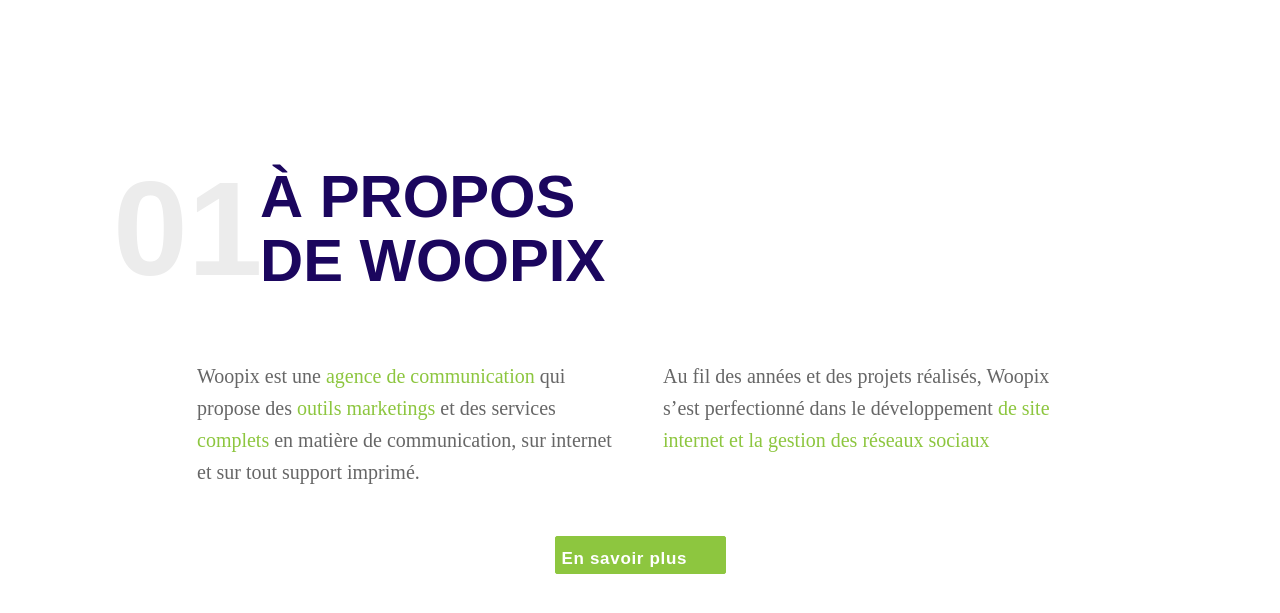
Repository: keloriane/woopix
Page: /about
An editor plug-in stored every save of this project. The page is shown before and after the next save, followed by the edit.
The browser window is 1280 px wide. The pictures show the whole page.
The project was rebuilt for these pictures with package versions that can differ from the ones it lists, and the page was loaded fresh each time. Also part of the build but not shown: src/pages/Services/components/ServiceItem.js, src/pages/Services/index.js, src/pages/Home.js, src/pages/Portfolio/index.js.

Above is the page before, as saved 2020-09-24 14:41:02.

### src/index.css
body {
  margin: 0;
  font-family: -apple-system, BlinkMacSystemFont, 'Segoe UI', 'Roboto', 'Oxygen',
    'Ubuntu', 'Cantarell', 'Fira Sans', 'Droid Sans', 'Helvetica Neue',
    sans-serif;
  -webkit-font-smoothing: antialiased;
  -moz-osx-font-smoothing: grayscale;
}

code {
  font-family: source-code-pro, Menlo, Monaco, Consolas, 'Courier New',
    monospace;
}

@font-face {
  font-family: 'Futura PT';
  font-style: normal;
  font-weight: 100;
  src: local('Futura PT Light'),
  local('Futura-PT-Light'),
  url(/public/fonts/FuturaPTLight.otf) format('otf');
}

@font-face {
  font-family: 'Futura PT';
  font-style: normal;
  font-weight: 400;
  src: local('Futura PT Book'),
  local('Futura-PT-Book'),
  url(/assets/fonts/FuturaPTBook.otf) format('otf');
}

@font-face {
  font-family: 'Futura PT';
  font-style: normal;
  font-weight: 500;
  src: local('Futura PT Medium'),
  local('Futura-PT-Medium'),
  url(/assets/fonts/FuturaPTMedium.otf) format('otf');
}

@font-face {
  font-family: 'Futura PT';
  font-style: normal;
  font-weight: 600;
  src: local('Futura PT Demi'),
  local('Futura-PT-Demi'),
  url(/assets/fonts/FuturaPTDemiOblique.otf) format('otf');
}

@font-face {
  font-family: 'Futura PT';
  font-style: normal;
  font-weight: 700;
  src: local('Futura PT Bold'),
  local('Futura-PT-Bold'),
  url(/assets/fonts/FuturaPTBold.otf) format('otf');
}


@font-face {
  font-family: 'Futura PT';
  font-style: normal;
  font-weight: 900;
  src: local('Futura PT Heavy'),
  local('Futura-PT-Heavy'),
  url(/assets/fonts/FuturaPTHeavy.otf) format('otf');
}

### src/App.js
import React from 'react';
import './App.css';
import { BrowserRouter as HashRouter, Switch, Route } from "react-router-dom";
import {createGlobalStyle,ThemeProvider} from "styled-components";
import Services from './pages/Services'
import { Home } from './pages/Home';
import { About } from './pages/About';
import { Service } from "./pages/Portfolio/";



const theme = {
  green: '#8DC63F',
  blue: '#1B065E'
};


function App() {
  return (
    <HashRouter>
      <Switch>
        <div className="App">
          <ThemeProvider theme={theme}>
          <Route exact path="/" component={Home} />
          <Route exact path="/about" component={About} />
          <Route exact path="/service" component={Service} />
          <Route exact path="/services" component={Services} />
          </ThemeProvider>
        </div>
      </Switch>
    </HashRouter>
  );
}

export default App;

### src/pages/About/index.js
import React from "react";
import styled from "styled-components";
import { Link } from "react-router-dom";
import Container from "./../../global/Container";

export const About = () => {
  const AboutWrapper = styled.div`
    #about {
      height: 100vh;
      width: 100vw;
      display: flex;
      align-items: center;
      font-family: "Futura PT", sans-serif;
    }
    .about-wrapper {
      display: flex;
    }
    .main-title {
      display: flex;
      font-style: normal;
      align-items: center;
      position: relative;
      width: 100%;
      .title {
        position: absolute;

        h2 {
          font-weight: bold;

          text-transform: uppercase;
          color: #1b065e;
          display: flex;
          align-items: center;
        }
      }
      .number-title {
        position: absolute;

        h2 {
          font-style: normal;

          text-transform: uppercase;
          color: #ececec;
        }
      }
    }
    @media screen and (max-width: 596px) {
      #about {
        .about-wrapper {
          display: flex;
          align-items: flex-start;
          flex-direction: column;
          justify-content: space-around;
          height: 445px;
          margin: auto;

          .main-title {
            display: flex;
            font-style: normal;
            align-items: center;
            position: relative;
            width: 100%;
            max-width: 311px;
            height: 72px;
            .title {
              position: absolute;
              left: 81px;
              h2 {
                font-weight: bold;
                font-size: 34px;
                line-height: 107.33%;
                text-transform: uppercase;
                color: #1b065e;
                display: flex;
                align-items: center;
              }
            }
            .number-title {
              position: absolute;

              h2 {
                font-style: normal;
                font-weight: 800;
                font-size: 92.2247px;
                line-height: 107.33%;
                text-transform: uppercase;
                color: #ececec;
              }
            }
          }
          .text-container {
            max-width: 397px;
            width: 100%;
            margin: 0 auto;
            .inner-text {
              display: flex;
              justify-content: center;
              flex-direction: column;
              width: 100%;
              p {
                font-style: normal;
                font-weight: normal;
                font-size: 19px;
                line-height: 160.2%;
                /* or 30px */
                text-align: left;

                color: rgba(0, 0, 0, 0.6);
              }
            }
          }
          .call-to-action {
            button {
              width: 172px;
              height: 38px;
              background: #8dc63f;
              border: 1px solid #8dc63f;
              box-sizing: border-box;
              border-radius: 2px;
              a {
                text-decoration: none;
                font-style: normal;
                font-weight: 600;
                font-size: 17px;
                line-height: 22px;
                /* identical to box height, or 129% */
                display: flex;
                align-items: center;
                letter-spacing: 0.04em;
                color: #ffffff;
                /* Inside Auto Layout */
                flex: none;
                order: 0;
                align-self: center;
                margin: 10px 0px;
              }
            }
          }
        }
      }
    }
    @media screen and (min-width: 596px) {
      #about {
        .about-wrapper {
          width: 100%;
          max-width: 643px;
          height: 804px;
          margin: auto;
          flex-direction: column;
          justify-content: space-around;

          .main-title {
            width: 530px;
            height: 160px;
            .number-title {
              h2 {
                font-weight: 800;
                font-size: 144px;
              }
            }
            .title {
              left: 147px;
              h2 {
                font-size: 64px;
                line-height: 107.33%;

                text-transform: uppercase;

                color: #1b065e;
              }
            }
          }
        }
        .text-container {
          width: 100%;
          max-width: 625.92px;
          height: 429px;
          margin: 0 auto;
          .inner-text {
            p {
              font-family: Futura PT;
              font-style: normal;
              font-weight: normal;
              font-size: 34.076px;
              line-height: 160.2%;
              span {
                color: ${(props) => props.theme.green};
              }
            }
          }
        }
        .call-to-action {
          button {
            width: 308.2px;
            height: 68.7px;
            a {
              font-weight: 600;
              font-size: 30.489px;
              line-height: 39px;
              letter-spacing: 0.04em;
              color: white;
            }
          }
        }
      }
    }
    @media screen and (min-width: 992px) {
      #about {
        .about-wrapper {
          width: 100%;
          max-width: 1054px;
          height: 475px;
          .main-title {
            max-width: 545px;
            width: 100%;
            height: 165px;
            .number-title {
              h2 {
                font-size: 134.475px;
                line-height: 107.33%;
              }
            }
            .title {
              h2 {
                font-size: 59.7665px;
                line-height: 107.33%;
              }
            }
          }
          .text-container {
            display: flex;
            flex-direction: row;
            justify-content: space-between;
            width: 100%;
            max-width: 886px;
            height: 128px;
            .inner-text {
              width: 100%;
              max-width: 420px;
              p {
                font-style: normal;
                font-weight: normal;
                font-size: 20px;
                line-height: 160.2%;
                /* or 32px */

                color: rgba(0, 0, 0, 0.6);
              }
            }
          }
          .call-to-action {
              display: flex;
              justify-content: center;

            button {
              width: 171px;
              height: 38px;

              a {
                font-weight: 600;
                font-size: 17px;
                line-height: 22px;
              }
            }
          }
        }
      }
    }
  `;
  return (
    <Container>
      <AboutWrapper>
        <div id="about">
          <div className="about-wrapper">
            <div className="main-title">
              <div className="number-title">
                <h2>01</h2>
              </div>
              <div className="title">
                <h2>
                  à propos <br></br>de woopix{" "}
                </h2>
              </div>
            </div>
            <div className="text-container">
              <div className="inner-text">
                <p>
                  Woopix est une <span>agence de communication</span> qui
                  propose des <span>outils marketings</span> et des services{" "}
                  <span>complets</span> en matière de communication, sur
                  internet et sur tout support imprimé.
                </p>
              </div>
              <div className="inner-text">
                <p>
                  Au fil des années et des projets réalisés, Woopix s’est
                  perfectionné dans le développement{" "}
                  <span>
                    de site internet et la gestion des réseaux sociaux
                  </span>
                </p>
              </div>
            </div>
            <div className="call-to-action">
              <button>
                <Link to="/services">En savoir plus</Link>
              </button>
            </div>
          </div>
        </div>
      </AboutWrapper>
    </Container>
  );
};

export default About;

### src/global/Container.js
import React, { useEffect } from "react";
import styled, { withTheme } from "styled-components";

const GlobalContainer = (props) => {
  return <Container>{props.children}</Container>;
};

export default withTheme(GlobalContainer);

const Container = styled.div`

  .call-to-action {
    button {

      background: #8dc63f;
      border: 1px solid #8dc63f;
      box-sizing: border-box;
      border-radius: 2px;
      a {
        text-decoration: none;
        font-style: normal;

        /* identical to box height, or 129% */
        display: flex;
        align-items: center;
        letter-spacing: 0.04em;

        /* Inside Auto Layout */
        flex: none;
        order: 0;
        align-self: center;
        margin: 10px 0px;
      }
    }
  }

  @media (max-width: 576px) {

  }

  /* Medium devices (tablets, 768px and up) The navbar toggle appears at this breakpoint */
  @media (min-width: 768px) {

  }

  /* Large devices (desktops, 992px and up) */
  @media (min-width: 992px) {

  }

  /* Extra large devices (large desktops, 1200px and up) */
  @media (min-width: 1200px) {

  }
`;

Loaded but not shown: public/index.html (common file); src/index.js (common file); src/serviceWorker.js (common file); src/App.css (common file)

After the next save:
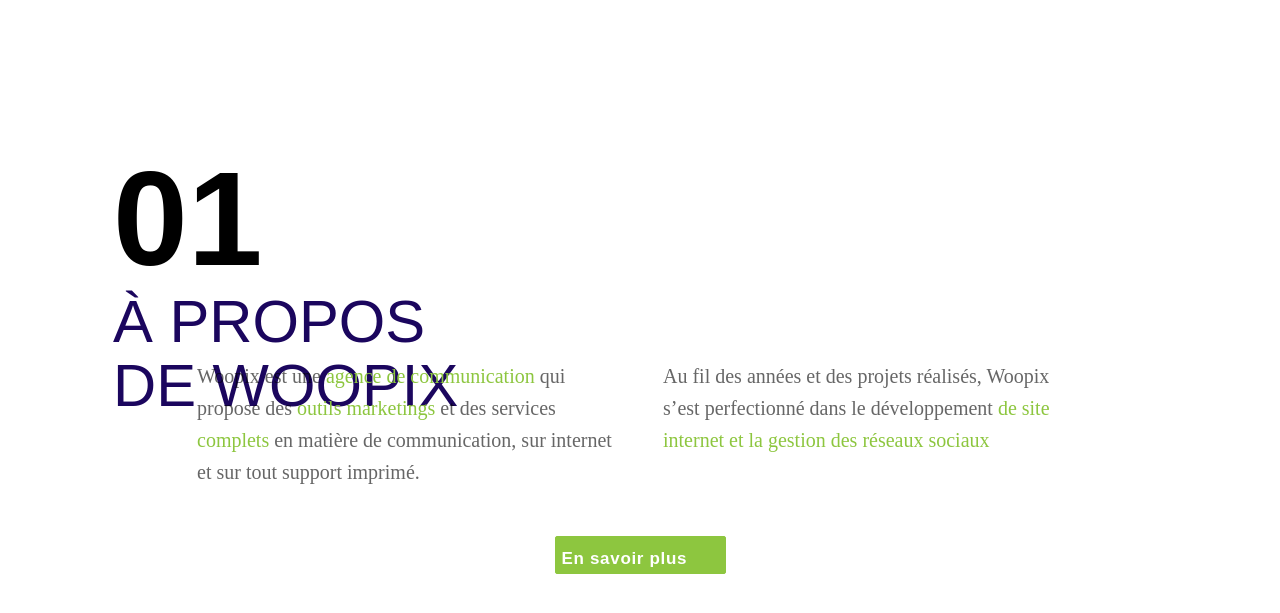
Saved 23 s later.
--- a/src/pages/About/index.js
+++ b/src/pages/About/index.js
@@ -15,35 +15,7 @@
     .about-wrapper {
       display: flex;
     }
-    .main-title {
-      display: flex;
-      font-style: normal;
-      align-items: center;
-      position: relative;
-      width: 100%;
-      .title {
-        position: absolute;
-
-        h2 {
-          font-weight: bold;
-
-          text-transform: uppercase;
-          color: #1b065e;
-          display: flex;
-          align-items: center;
-        }
-      }
-      .number-title {
-        position: absolute;
-
-        h2 {
-          font-style: normal;
-
-          text-transform: uppercase;
-          color: #ececec;
-        }
-      }
-    }
+
     @media screen and (max-width: 596px) {
       #about {
         .about-wrapper {

After the save that followed:
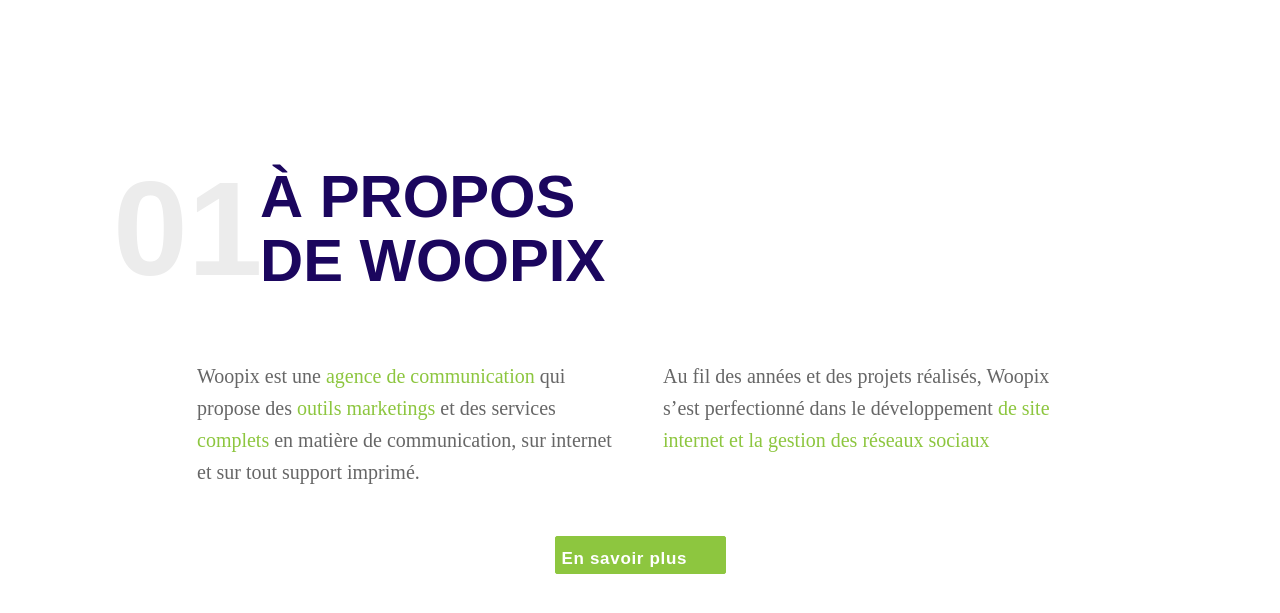
Saved 12 s later.
--- a/src/global/Container.js
+++ b/src/global/Container.js
@@ -33,7 +33,35 @@
       }
     }
   }
+  .main-title {
+      display: flex;
+      font-style: normal;
+      align-items: center;
+      position: relative;
+      width: 100%;
+      .title {
+        position: absolute;
 
+        h2 {
+          font-weight: bold;
+
+          text-transform: uppercase;
+          color: #1b065e;
+          display: flex;
+          align-items: center;
+        }
+      }
+      .number-title {
+        position: absolute;
+
+        h2 {
+          font-style: normal;
+
+          text-transform: uppercase;
+          color: #ececec;
+        }
+      }
+    }
   @media (max-width: 576px) {
 
   }
